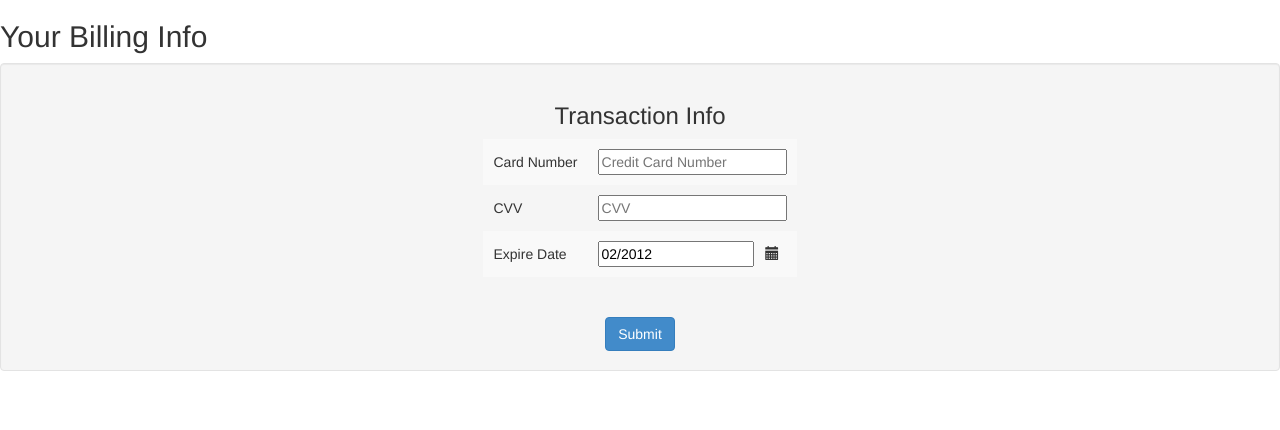
Repository: harshadrane89/CMPE273-WebService-AirlineManagement
Page: http://localhost/AirlineManagementSystemClient/TwitterGUI/TransactionInfo.jsp
The author's editor kept a copy of each file at every save. The page is drawn from the files as they stood at one save, then again after the next save.
The browser window is 1280 px wide. The pictures show the whole page.
The page is served by Tomcat 9. Other server files are loaded and not shown.

Above is the page before, as saved 2013-12-07 08:28:13.

### 273_Project_Tomcat/AirlineManagementSystemClient/WebContent/TwitterGUI/TransactionInfo.jsp
<%@ page language="java" contentType="text/html; charset=US-ASCII"
	pageEncoding="US-ASCII"%>
<!DOCTYPE html PUBLIC "-//W3C//DTD HTML 4.01 Transitional//EN" "http://www.w3.org/TR/html4/loose.dtd">
<html>
<head>
<meta http-equiv="Content-Type" content="text/html; charset=US-ASCII">
<title></title>
<link href="css/bootstrap.min.css" rel="stylesheet" media="screen">
<link href="css/datepicker.css" rel="stylesheet">
<link href="css/prettify.css" rel="stylesheet">
</head>
<body>


	<h2>Your Billing Info</h2>

	<form action="TransactionServlet" method="get" class="well">
		<center>
			<h3>Transaction Info</h3>

			<table cellpadding="10px" cellspacing="10px" class="table-striped">
				<tr>
					<td>Card Number</td>
					<td><input type="text" placeholder="Credit Card Number"
						name="cardNum"></td>
				</tr>
				<tr>
					<td>CVV</td>
					<td><input type="text" placeholder="CVV" name="cvv"></td>
				</tr>

				<tr>
					<td>Expire Date</td>
					<td><div class="input-append date" id="dpMonths"
							data-date="102/2012" data-date-format="mm/yyyy"
							data-date-viewmode="years" data-date-minviewmode="months">
							<input class="span2" size="16" name="expiryDate" type="text"
								value="02/2012" readonly> &nbsp; <span
								class="add-on glyphicon glyphicon-calendar"></span>
						</div></td>
				</tr>
			</table>
			<br /> <br /> <input type="submit" class="btn btn-primary"
				value="Submit">

		</center>

	</form>

	<script src="js/prettify.js"></script>
	<script src="js/jquery-1.9.1.js"></script>
	<script src="js/bootstrap-datepicker.js"></script>
	<script>
		$(function() {
			window.prettyPrint && prettyPrint();
			$('#dp3').datepicker();
			$('#dpMonths').datepicker();

			var checkin = $('#dpd1').datepicker({
				onRender : function(date) {
					return date.valueOf() < now.valueOf() ? 'disabled' : '';
				}
			}).on('changeDate', function(ev) {
				if (ev.date.valueOf() > checkout.date.valueOf()) {
					var newDate = new Date(ev.date)
					newDate.setDate(newDate.getDate() + 1);
					checkout.setValue(newDate);
				}
				checkin.hide();
				$('#dpd2')[0].focus();
			}).data('datepicker');
			var checkout = $('#dpd2')
					.datepicker(
							{
								onRender : function(date) {
									return date.valueOf() <= checkin.date
											.valueOf() ? 'disabled' : '';
								}
							}).on('changeDate', function(ev) {
						checkout.hide();
					}).data('datepicker');
		});
	</script>
	<script src="http://www.google-analytics.com/urchin.js"
		type="text/javascript">

	</script>
</body>
</html>

### 273_Project_Tomcat/AirlineManagementSystemClient/WebContent/css/datepicker.css
/*!
 * Datepicker for Bootstrap
 *
 * Copyright 2012 Stefan Petre
 * Licensed under the Apache License v2.0
 * http://www.apache.org/licenses/LICENSE-2.0
 *
 */
.datepicker {
  top: 0;
  left: 0;
  padding: 4px;
  margin-top: 1px;
  -webkit-border-radius: 4px;
  -moz-border-radius: 4px;
  border-radius: 4px;
  /*.dow {
    border-top: 1px solid #ddd !important;
  }*/

}
.datepicker:before {
  content: '';
  display: inline-block;
  border-left: 7px solid transparent;
  border-right: 7px solid transparent;
  border-bottom: 7px solid #ccc;
  border-bottom-color: rgba(0, 0, 0, 0.2);
  position: absolute;
  top: -7px;
  left: 6px;
}
.datepicker:after {
  content: '';
  display: inline-block;
  border-left: 6px solid transparent;
  border-right: 6px solid transparent;
  border-bottom: 6px solid #ffffff;
  position: absolute;
  top: -6px;
  left: 7px;
}
.datepicker > div {
  display: none;
}
.datepicker table {
  width: 100%;
  margin: 0;
}
.datepicker td,
.datepicker th {
  text-align: center;
  width: 20px;
  height: 20px;
  -webkit-border-radius: 4px;
  -moz-border-radius: 4px;
  border-radius: 4px;
}
.datepicker td.day:hover {
  background: #eeeeee;
  cursor: pointer;
}
.datepicker td.day.disabled {
  color: #eeeeee;
}
.datepicker td.old,
.datepicker td.new {
  color: #999999;
}
.datepicker td.active,
.datepicker td.active:hover {
  color: #ffffff;
  background-color: #006dcc;
  background-image: -moz-linear-gradient(top, #0088cc, #0044cc);
  background-image: -webkit-gradient(linear, 0 0, 0 100%, from(#0088cc), to(#0044cc));
  background-image: -webkit-linear-gradient(top, #0088cc, #0044cc);
  background-image: -o-linear-gradient(top, #0088cc, #0044cc);
  background-image: linear-gradient(to bottom, #0088cc, #0044cc);
  background-repeat: repeat-x;
  filter: progid:DXImageTransform.Microsoft.gradient(startColorstr='#ff0088cc', endColorstr='#ff0044cc', GradientType=0);
  border-color: #0044cc #0044cc #002a80;
  border-color: rgba(0, 0, 0, 0.1) rgba(0, 0, 0, 0.1) rgba(0, 0, 0, 0.25);
  *background-color: #0044cc;
  /* Darken IE7 buttons by default so they stand out more given they won't have borders */

  filter: progid:DXImageTransform.Microsoft.gradient(enabled = false);
  color: #fff;
  text-shadow: 0 -1px 0 rgba(0, 0, 0, 0.25);
}
.datepicker td.active:hover,
.datepicker td.active:hover:hover,
.datepicker td.active:focus,
.datepicker td.active:hover:focus,
.datepicker td.active:active,
.datepicker td.active:hover:active,
.datepicker td.active.active,
.datepicker td.active:hover.active,
.datepicker td.active.disabled,
.datepicker td.active:hover.disabled,
.datepicker td.active[disabled],
.datepicker td.active:hover[disabled] {
  color: #ffffff;
  background-color: #0044cc;
  *background-color: #003bb3;
}
.datepicker td.active:active,
.datepicker td.active:hover:active,
.datepicker td.active.active,
.datepicker td.active:hover.active {
  background-color: #003399 \9;
}
.datepicker td span {
  display: block;
  width: 47px;
  height: 54px;
  line-height: 54px;
  float: left;
  margin: 2px;
  cursor: pointer;
  -webkit-border-radius: 4px;
  -moz-border-radius: 4px;
  border-radius: 4px;
}
.datepicker td span:hover {
  background: #eeeeee;
}
.datepicker td span.active {
  color: #ffffff;
  background-color: #006dcc;
  background-image: -moz-linear-gradient(top, #0088cc, #0044cc);
  background-image: -webkit-gradient(linear, 0 0, 0 100%, from(#0088cc), to(#0044cc));
  background-image: -webkit-linear-gradient(top, #0088cc, #0044cc);
  background-image: -o-linear-gradient(top, #0088cc, #0044cc);
  background-image: linear-gradient(to bottom, #0088cc, #0044cc);
  background-repeat: repeat-x;
  filter: progid:DXImageTransform.Microsoft.gradient(startColorstr='#ff0088cc', endColorstr='#ff0044cc', GradientType=0);
  border-color: #0044cc #0044cc #002a80;
  border-color: rgba(0, 0, 0, 0.1) rgba(0, 0, 0, 0.1) rgba(0, 0, 0, 0.25);
  *background-color: #0044cc;
  /* Darken IE7 buttons by default so they stand out more given they won't have borders */

  filter: progid:DXImageTransform.Microsoft.gradient(enabled = false);
  color: #fff;
  text-shadow: 0 -1px 0 rgba(0, 0, 0, 0.25);
}
.datepicker td span.active:hover,
.datepicker td span.active:focus,
.datepicker td span.active:active,
.datepicker td span.active.active,
.datepicker td span.active.disabled,
.datepicker td span.active[disabled] {
  color: #ffffff;
  background-color: #0044cc;
  *background-color: #003bb3;
}
.datepicker td span.active:active,
.datepicker td span.active.active {
  background-color: #003399 \9;
}
.datepicker td span.old {
  color: #999999;
}
.datepicker th.switch {
  width: 145px;
}
.datepicker th.next,
.datepicker th.prev {
  font-size: 21px;
}
.datepicker thead tr:first-child th {
  cursor: pointer;
}
.datepicker thead tr:first-child th:hover {
  background: #eeeeee;
}
.input-append.date .add-on i,
.input-prepend.date .add-on i {
  display: block;
  cursor: pointer;
  width: 16px;
  height: 16px;
}

Loaded but not shown: 273_Project_Tomcat/AirlineManagementSystemClient/WebContent/css/bootstrap.min.css (library); 273_Project_Tomcat/AirlineManagementSystemClient/WebContent/css/prettify.css (common file); 273_Project_Tomcat/AirlineManagementSystemClient/WebContent/js/prettify.js (library); 273_Project_Tomcat/AirlineManagementSystemClient/WebContent/js/jquery-1.9.1.js (library); 273_Project_Tomcat/AirlineManagementSystemClient/WebContent/js/bootstrap-datepicker.js (library)

After the next save:
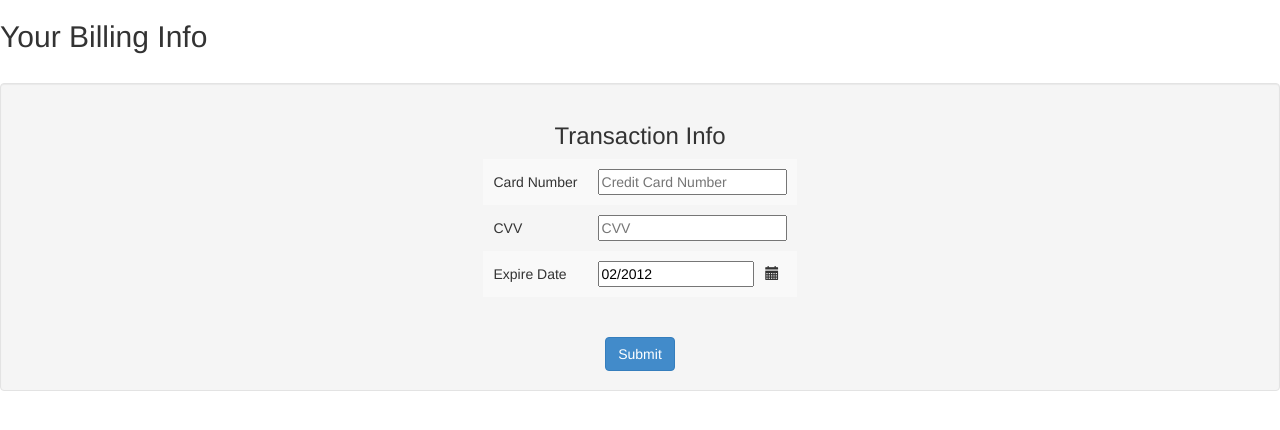
Saved 36 s later.
--- a/273_Project_Tomcat/AirlineManagementSystemClient/WebContent/TwitterGUI/TransactionInfo.jsp
+++ b/273_Project_Tomcat/AirlineManagementSystemClient/WebContent/TwitterGUI/TransactionInfo.jsp
@@ -13,7 +13,10 @@
 
 
 	<h2>Your Billing Info</h2>
+	<table class="table table-striped">
 
+
+	</table>
 	<form action="TransactionServlet" method="get" class="well">
 		<center>
 			<h3>Transaction Info</h3>
